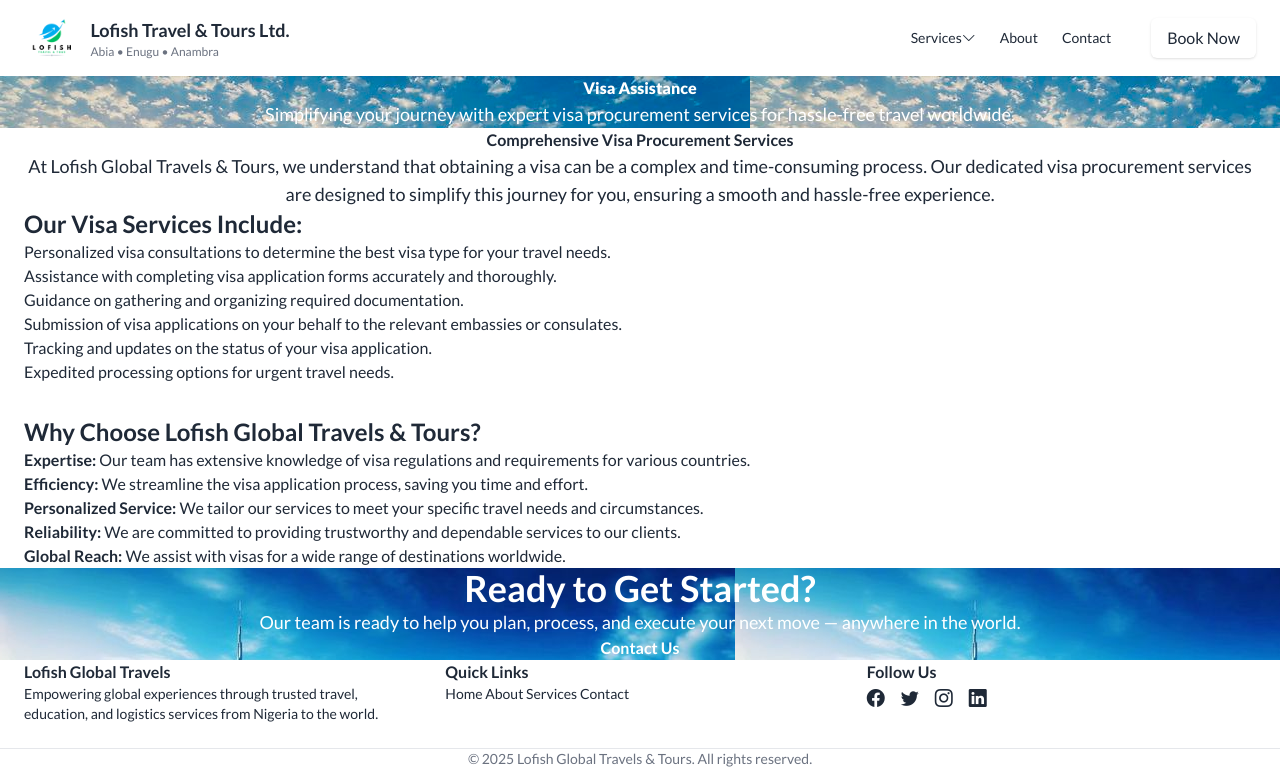
Repository: PhantomMiles/Lofish-Travels-and-Tours
Page: visa.html
An editor plug-in stored every save of this project. The page is shown before and after the next save, followed by the edit.
The browser window is 1280 px wide. The pictures show the whole page.

Above is the page before, as saved 2025-11-14 12:41:14.

After the next save:
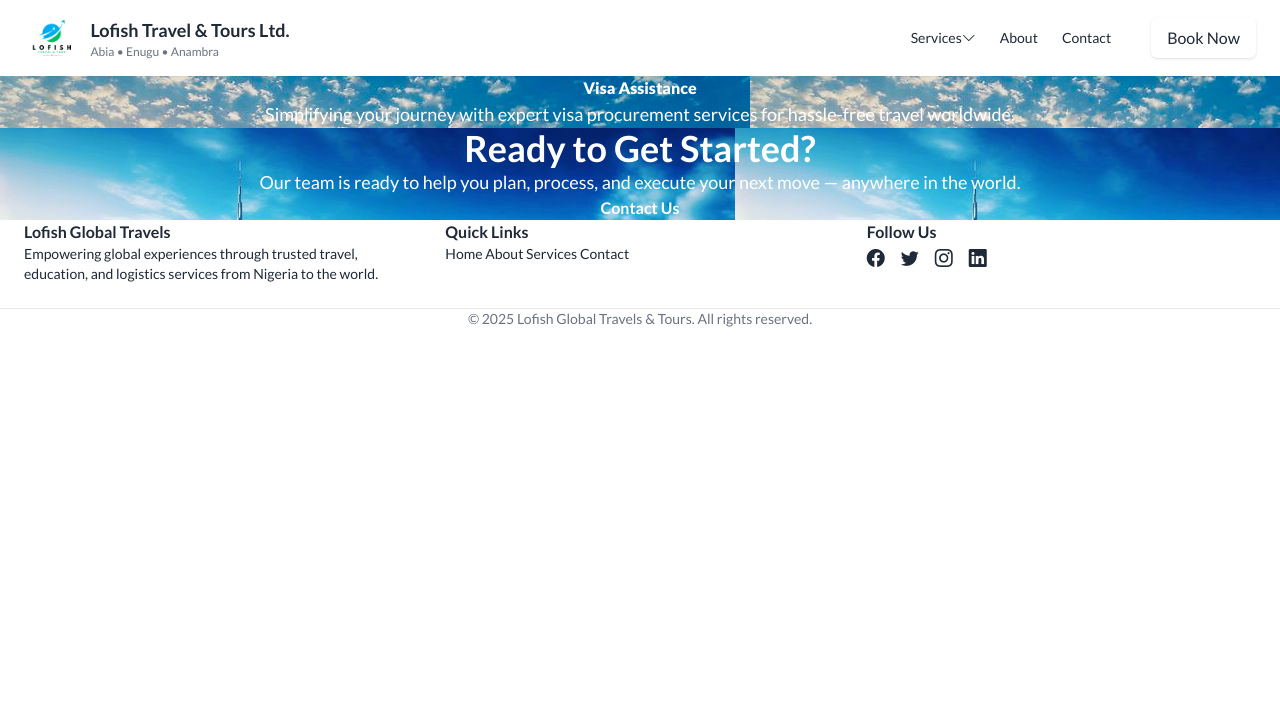
Saved 2 min 35 s later.
--- a/visa.html
+++ b/visa.html
@@ -115,37 +115,7 @@
 
   <!-- ========================================================= -->
     <!-- MAIN CONTENT -->
-    <section class="max-w-5xl px-6 py-16 mx-auto">
-      <h2 class="mb-6 text-3xl font-bold text-center">Comprehensive Visa Procurement Services</h2>
-      <p class="mb-6 text-lg text-center text-gray-700">
-        At Lofish Global Travels & Tours, we understand that obtaining a visa can be a complex and time-consuming process. Our dedicated visa procurement services are designed to simplify this journey for you, ensuring a smooth and hassle-free experience.
-      </p>
-      <div class="grid gap-8 md:grid-cols-2">
-        <div>
-          <h3 class="mb-4 text-2xl font-semibold">Our Visa Services Include:</h3>
-          <ul class="space-y-3 list-disc list-inside text-gray-700">
-            <li>Personalized visa consultations to determine the best visa type for your travel needs.</li>
-            <li>Assistance with completing visa application forms accurately and thoroughly.</li>
-            <li>Guidance on gathering and organizing required documentation.</li>
-            <li>Submission of visa applications on your behalf to the relevant embassies or consulates.</li>
-            <li>Tracking and updates on the status of your visa application.</li>
-            <li>Expedited processing options for urgent travel needs.</li>
-          </ul>
-        </div>
-        <div>
-          <h3 class="mb-4 text-2xl font-semibold">Why Choose Lofish Global Travels & Tours?</h3>
-          <ul class="space-y-3 list-disc list-inside text-gray-700">
-            <li><strong>Expertise:</strong> Our team has extensive knowledge of visa regulations and requirements for various countries.</li>
-            <li><strong>Efficiency:</strong> We streamline the visa application process, saving you time and effort.</li>
-            <li><strong>Personalized Service:</strong> We tailor our services to meet your specific travel needs and circumstances.</li>
-            <li><strong>Reliability:</strong> We are committed to providing trustworthy and dependable services to our clients.</li>
-            <li><strong>Global Reach:</strong> We assist with visas for a wide range of destinations worldwide.</li>
-          </ul>
-        </div>
-
-      </div>
-
-    </section>
+
     <!-- ========================================================= -->
 
 
